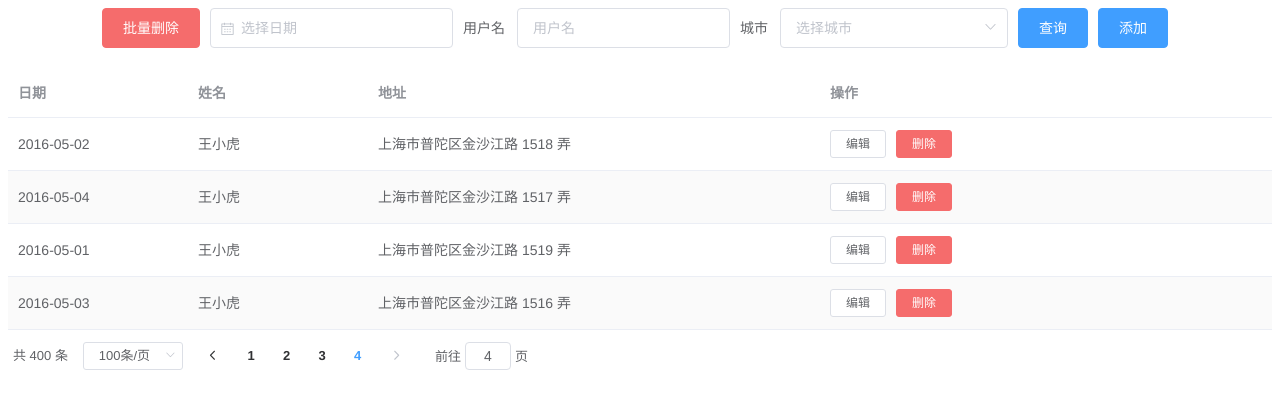
Repository: chang-meng-yun/vue_project
Page: /
An editor plug-in stored every save of this project. The page is shown before and after the next save, followed by the edit.
The browser window is 1280 px wide. The pictures show the whole page.
The project was rebuilt for these pictures with package versions that can differ from the ones it lists, and the page was loaded fresh each time. Also part of the build but not shown: vue.config.js, src/VBindStudy.vue, src/components/HelloWorld.vue, src/views/HomeView.vue.

Above is the page before, as saved 2024-06-27 12:23:00.

After the next save:
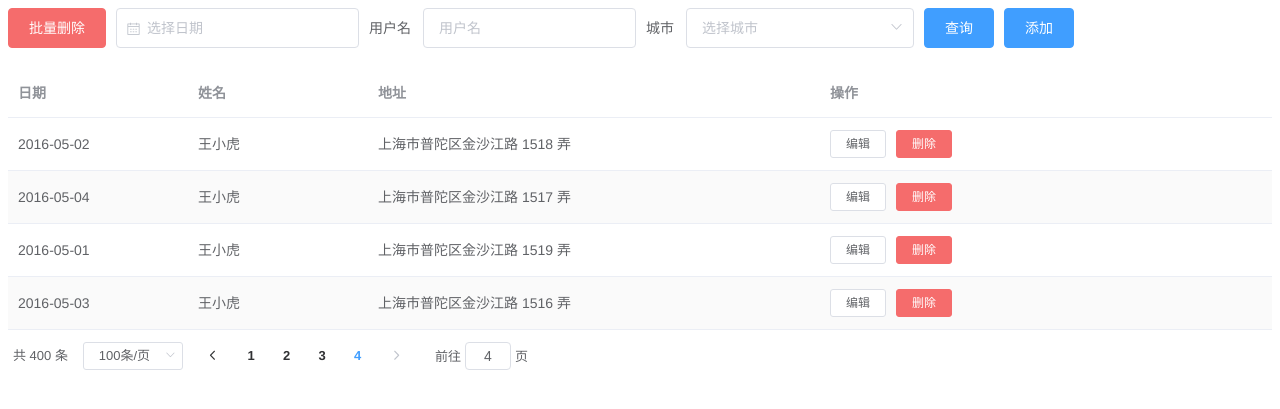
Saved 15 s later.
--- a/src/FromFrame.vue
+++ b/src/FromFrame.vue
@@ -1,7 +1,7 @@
 <template>
     <div>
         <!-- 功能区域 -->
-        <div>
+        <div style="float: left;">
               <el-form :inline="true" :model="formInline" class="demo-form-inline">
                 <el-form-item>
                     <el-button type="danger" @click="deleteAll">批量删除</el-button>
